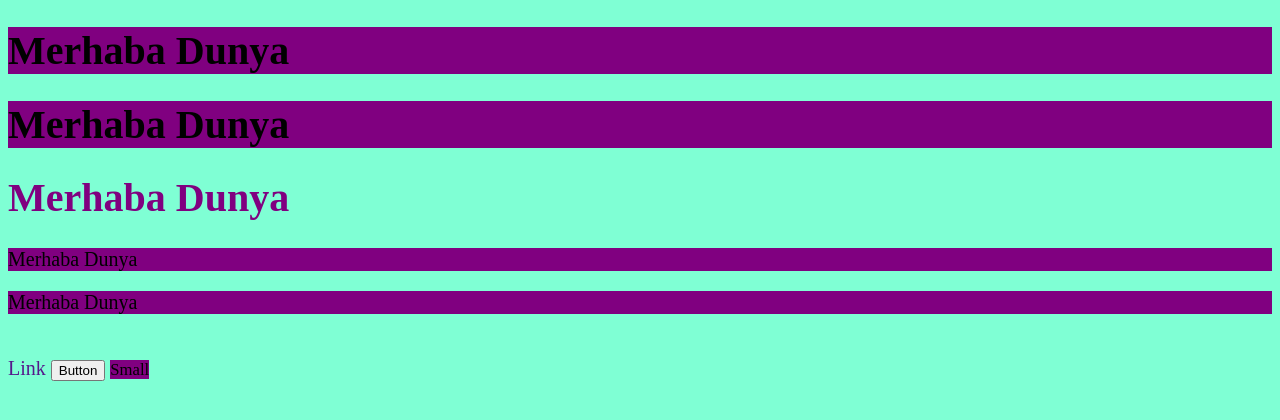
Repository: Kubraaygun/Html_Css_Login
Page: index.html
The author's editor kept a copy of each file at every save. The page is drawn from the files as they stood at one save, then again after the next save.
The browser window is 1280 px wide. The pictures show the whole page.

Above is the page before, as saved 2025-03-04 17:32:36.

### index.html
<!DOCTYPE html>
<html lang="en">
  <head>
    <meta charset="UTF-8" />
    <meta name="viewport" content="width=device-width, initial-scale=1.0" />
    <title>HTML</title>

    <style>
      body {
        font-size: 20px;
        background-color: aquamarine;
      }
      .h1 {
        background-color: purple;
      }
      #h1 {
        color: purple;
      }
      .link {
        text-decoration: none;
      }
    </style>
  </head>

  <body>
    <!-- Block Elementler -->
    <h1 class="h1">Merhaba Dunya</h1>
    <h1 class="h1">Merhaba Dunya</h1>
    <h1 id="h1">Merhaba Dunya</h1>
    <div class="h1">Merhaba Dunya</div>
    <p class="h1">Merhaba Dunya</p>
    <!-- Inline Elementler -->
    <br />
    <a class="link" href="">Link</a>
    <button>Button</button>
    <small class="h1">Small</small>
  </body>
</html>

After the next save:
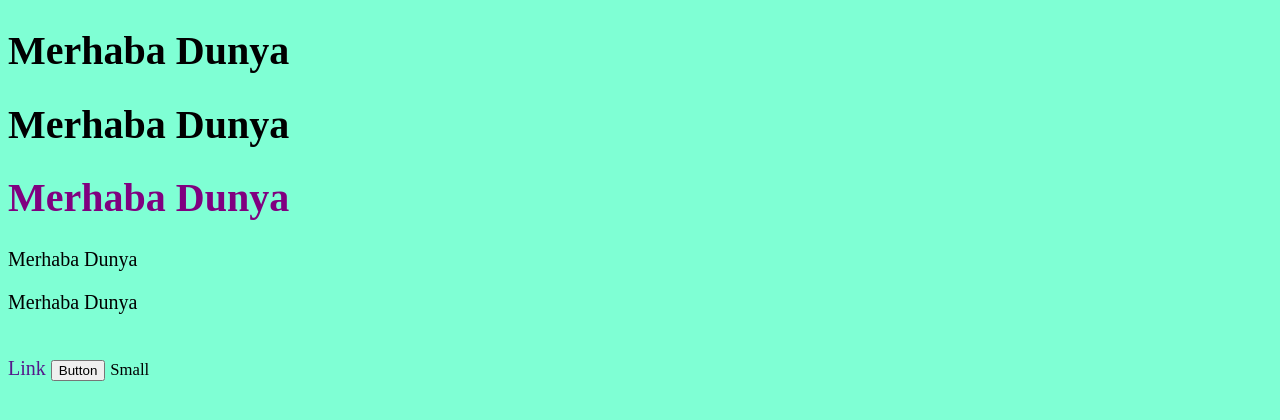
Saved 30 s later.
--- a/index.html
+++ b/index.html
@@ -10,7 +10,7 @@
         font-size: 20px;
         background-color: aquamarine;
       }
-      .h1 {
+      .h1:hover {
         background-color: purple;
       }
       #h1 {
